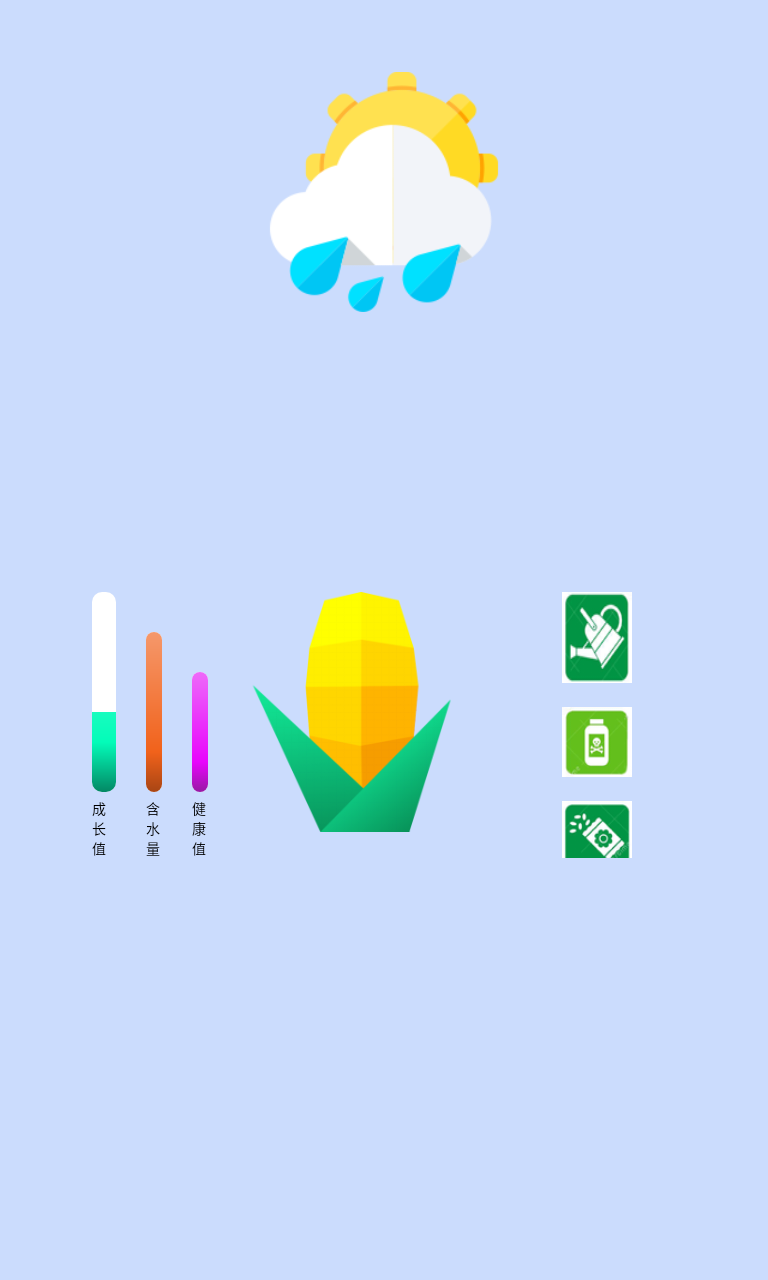
Repository: DraceWang/YumiTianqi
Layout: YumiTianqi/res/layout/fragment_main.xml
The author's editor kept a copy of each file at every save. The layout is drawn from the files as they stood at one save, then again after the next save.
It is drawn on a 768 x 1280 px phone screen (xhdpi) without system bars, with theme AppTheme; the app's code is not run. Lists and similar views that code fills are empty.

Above is the layout before, as saved 2015-05-21 03:18:35.

### YumiTianqi/res/layout/fragment_main.xml
<RelativeLayout xmlns:android="http://schemas.android.com/apk/res/android"
    xmlns:tools="http://schemas.android.com/tools"
    android:layout_width="match_parent"
    android:layout_height="match_parent"
    android:background="#cbdcfd"
    android:paddingBottom="@dimen/activity_vertical_margin"
    android:paddingLeft="@dimen/activity_horizontal_margin"
    android:paddingRight="@dimen/activity_horizontal_margin"
    android:paddingTop="@dimen/activity_vertical_margin"
    tools:context="com.boyumi.yumitianqi.MainActivity$PlaceholderFragment" >

    <TextView
        android:id="@+id/CityName"
        android:layout_width="wrap_content"
        android:layout_height="wrap_content"
        android:layout_marginLeft="20dp"
        android:layout_marginTop="20dp"
        android:textColor="#000"
        android:textSize="15sp" />

    <TextView
        android:id="@+id/currentTemperature"
        android:layout_width="wrap_content"
        android:layout_height="wrap_content"
        android:layout_alignParentRight="true"
        android:layout_alignTop="@+id/CityName"
        android:layout_marginRight="20dp"
        android:textColor="#000"
        android:textSize="15sp" />

    <ImageView
        android:id="@+id/WeatherIcon"
        android:layout_width="120dp"
        android:layout_height="120dp"
        android:layout_alignTop="@+id/CityName"
        android:layout_centerHorizontal="true"
        android:src="@drawable/sunnyrain" />

    <TextView
        android:id="@+id/WeatherCondition"
        android:layout_width="wrap_content"
        android:layout_height="wrap_content"
        android:layout_below="@+id/WeatherIcon"
        android:layout_centerHorizontal="true"
        android:layout_marginTop="5dp"
        android:textColor="#000"
        android:textSize="15sp" />

    <TextView
        android:id="@+id/date"
        android:layout_width="wrap_content"
        android:layout_height="wrap_content"
        android:layout_alignParentBottom="true"
        android:layout_alignParentRight="true"
        android:layout_marginBottom="2dp"
        android:layout_marginRight="5dp"
        android:textColor="#666"
        android:textSize="7sp" />

    <TableLayout
        android:id="@+id/btn_AQ"
        android:layout_width="60dp"
        android:layout_height="wrap_content"
        android:layout_above="@+id/body"
        android:layout_marginBottom="-100dp"
        android:layout_marginLeft="10dp" >

        <TableRow
            android:layout_width="wrap_content"
            android:layout_height="wrap_content" >

            <TextView
                android:id="@+id/AQ_title"
                android:layout_width="60dp"
                android:layout_height="20dp"
                android:layout_alignParentLeft="true"
                android:gravity="center"
                android:textSize="8sp" />
        </TableRow>

        <TableRow
            android:layout_width="wrap_content"
            android:layout_height="wrap_content" >

            <TextView
                android:id="@+id/AQ_content"
                android:layout_width="60dp"
                android:layout_height="20dp"
                android:layout_below="@+id/AQ_title"
                android:gravity="center" />
        </TableRow>
    </TableLayout>

    <HorizontalScrollView
        android:id="@+id/body"
        android:layout_width="wrap_content"
        android:layout_height="match_parent"
        android:layout_alignParentBottom="true"
        android:layout_below="@+id/WeatherIcon"
        android:layout_centerHorizontal="true"
        android:layout_marginTop="100dp"
        android:scrollbars="none" >

        <LinearLayout
            android:layout_width="wrap_content"
            android:layout_height="wrap_content"
            android:orientation="horizontal" >

            <RelativeLayout
                android:layout_width="320dp"
                android:layout_height="wrap_content"
                android:paddingLeft="15dp" >

                <ImageView
                    android:id="@+id/cron"
                    android:layout_width="120dp"
                    android:layout_height="120dp"
                    android:layout_centerHorizontal="true"
                    android:layout_marginTop="40dp"
                    android:src="@drawable/cron" />

                <ProgressBar
                    android:id="@+id/progressBar_gv"
                    style="?android:attr/progressBarStyleHorizontal"
                    android:layout_width="12dp"
                    android:layout_height="100dp"
                    android:layout_alignTop="@+id/cron"
                    android:layout_marginLeft="15dp"
                    android:max="200"
                    android:progress="80"
                    android:progressDrawable="@drawable/mybar_gv" />

                <ProgressBar
                    android:id="@+id/progressBar_wv"
                    style="?android:attr/progressBarStyleHorizontal"
                    android:layout_width="8dp"
                    android:layout_height="80dp"
                    android:layout_above="@+id/Date"
                    android:layout_alignBottom="@+id/progressBar_gv"
                    android:layout_marginLeft="15dp"
                    android:layout_toRightOf="@+id/progressBar_gv"
                    android:max="50"
                    android:progress="80"
                    android:progressDrawable="@drawable/mybar_wv" />

                <ProgressBar
                    android:id="@+id/progressBar_hv"
                    style="?android:attr/progressBarStyleHorizontal"
                    android:layout_width="8dp"
                    android:layout_height="60dp"
                    android:layout_above="@+id/Date"
                    android:layout_alignBottom="@+id/progressBar_gv"
                    android:layout_marginLeft="15dp"
                    android:layout_toRightOf="@+id/progressBar_wv"
                    android:max="10"
                    android:progress="80"
                    android:progressDrawable="@drawable/mybar_hv" />

                <ImageButton
                    android:id="@+id/imageButton_water"
                    android:layout_width="35dp"
                    android:layout_height="35dp"
                    android:layout_above="@+id/imageButton_bug"
                    android:layout_alignParentRight="true"
                    android:layout_alignTop="@+id/cron"
                    android:layout_marginBottom="12dp"
                    android:layout_marginRight="20dp"
                    android:background="@drawable/water"
                    android:onClick="water"
                    android:scaleType="fitCenter" />

                <ImageButton
                    android:id="@+id/imageButton_bug"
                    android:layout_width="35dp"
                    android:layout_height="35dp"
                    android:layout_above="@+id/imageButton_feiliao"
                    android:layout_alignLeft="@+id/imageButton_water"
                    android:layout_alignParentRight="true"
                    android:layout_marginBottom="12dp"
                    android:layout_marginRight="20dp"
                    android:background="@drawable/bug"
                    android:scaleType="fitCenter" />

                <ImageButton
                    android:id="@+id/imageButton_feiliao"
                    android:layout_width="35dp"
                    android:layout_height="35dp"
                    android:layout_alignBottom="@+id/cron"
                    android:layout_alignLeft="@+id/imageButton_water"
                    android:layout_alignParentRight="true"
                    android:layout_marginBottom="-20dp"
                    android:layout_marginRight="20dp"
                    android:background="@drawable/feiliao"
                    android:scaleType="fitCenter" />

                <TextView
                    android:id="@+id/grown"
                    android:layout_width="12dp"
                    android:layout_height="wrap_content"
                    android:layout_alignLeft="@+id/progressBar_gv"
                    android:layout_below="@+id/progressBar_gv"
                    android:layout_marginTop="3dp"
                    android:text="成长值"
                    android:textColor="#000"
                    android:textSize="7sp" />

                <TextView
                    android:id="@+id/water"
                    android:layout_width="8dp"
                    android:layout_height="wrap_content"
                    android:layout_alignLeft="@+id/progressBar_wv"
                    android:layout_below="@+id/progressBar_wv"
                    android:layout_marginTop="3dp"
                    android:text="含水量"
                    android:textColor="#000"
                    android:textSize="7sp" />

                <TextView
                    android:id="@+id/healthy"
                    android:layout_width="8dp"
                    android:layout_height="wrap_content"
                    android:layout_alignLeft="@+id/progressBar_hv"
                    android:layout_below="@+id/progressBar_hv"
                    android:layout_marginTop="3dp"
                    android:text="健康值"
                    android:textColor="#000"
                    android:textSize="7sp" />
            </RelativeLayout>

            <ListView
                android:id="@+id/forecast"
                android:layout_width="320dp"
                android:layout_height="wrap_content"
                android:layout_marginLeft="30dp"
                android:layout_marginTop="40dp"
                android:paddingRight="15dp" >
            </ListView>
        </LinearLayout>
    </HorizontalScrollView>

</RelativeLayout>

### YumiTianqi/res/drawable-mdpi/mybar_gv.xml
<?xml version="1.0" encoding="utf-8"?>
<layer-list xmlns:android="http://schemas.android.com/apk/res/android" >
    <item android:id="@android:id/background" >
        <shape>
            <corners android:radius="5dip" />
            <gradient
                	android:startColor="#ffffff"
                    android:centerColor="#ffffff"
                    android:endColor="#ffffff"
                    android:angle="270"
            />
        </shape>
    </item>

     <item android:id="@android:id/progress">
        <clip android:clipOrientation="vertical"
            android:gravity="bottom">
            <shape>
                <corners android:radius="5dip" />
                <gradient
                        android:startColor="#6cfcd5"
                        android:centerColor="#03fcb9"
                        android:centerX="0.75"
                        android:endColor="#038864"
                        android:angle="270"
                />
            </shape>
        </clip>
    </item>


</layer-list>

### YumiTianqi/res/drawable-mdpi/mybar_wv.xml
<?xml version="1.0" encoding="utf-8"?>
<layer-list xmlns:android="http://schemas.android.com/apk/res/android" >
    <item android:id="@android:id/background" >
        <shape>
            <corners android:radius="5dip" />
            <gradient
                	android:startColor="#ffffff"
                    android:centerColor="#ffffff"
                    android:endColor="#ffffff"
                    android:angle="270"
            />
        </shape>
    </item>

     <item android:id="@android:id/progress">
        <clip android:clipOrientation="vertical"
            android:gravity="bottom">
            <shape>
                <corners android:radius="5dip" />
                <gradient
                        android:startColor="#f5986b"
                        android:centerColor="#f1621b"
                        android:centerX="0.75"
                        android:endColor="#a84514"
                        android:angle="270"
                />
            </shape>
        </clip>
    </item>


</layer-list>

### YumiTianqi/res/drawable-mdpi/mybar_hv.xml
<?xml version="1.0" encoding="utf-8"?>
<layer-list xmlns:android="http://schemas.android.com/apk/res/android" >
    <item android:id="@android:id/background" >
        <shape>
            <corners android:radius="5dip" />
            <gradient
                	android:startColor="#ffffff"
                    android:centerColor="#ffffff"
                    android:endColor="#ffffff"
                    android:angle="270"
            />
        </shape>
    </item>

     <item android:id="@android:id/progress">
        <clip android:clipOrientation="vertical"
            android:gravity="bottom">
            <shape>
                <corners android:radius="5dip" />
                <gradient
                        android:startColor="#ed6af9"
                        android:centerColor="#e805fc"
                        android:centerX="0.75"
                        android:endColor="#9818a4"
                        android:angle="270"
                />
            </shape>
        </clip>
    </item>


</layer-list>

Loaded but not shown: YumiTianqi/res/values/styles.xml (common file); YumiTianqi/res/values-v11/styles.xml (common file); YumiTianqi/res/values-v14/styles.xml (common file); YumiTianqi/res/values/dimens.xml (common file); YumiTianqi/res/values-w820dp/dimens.xml (common file)

After the next save:
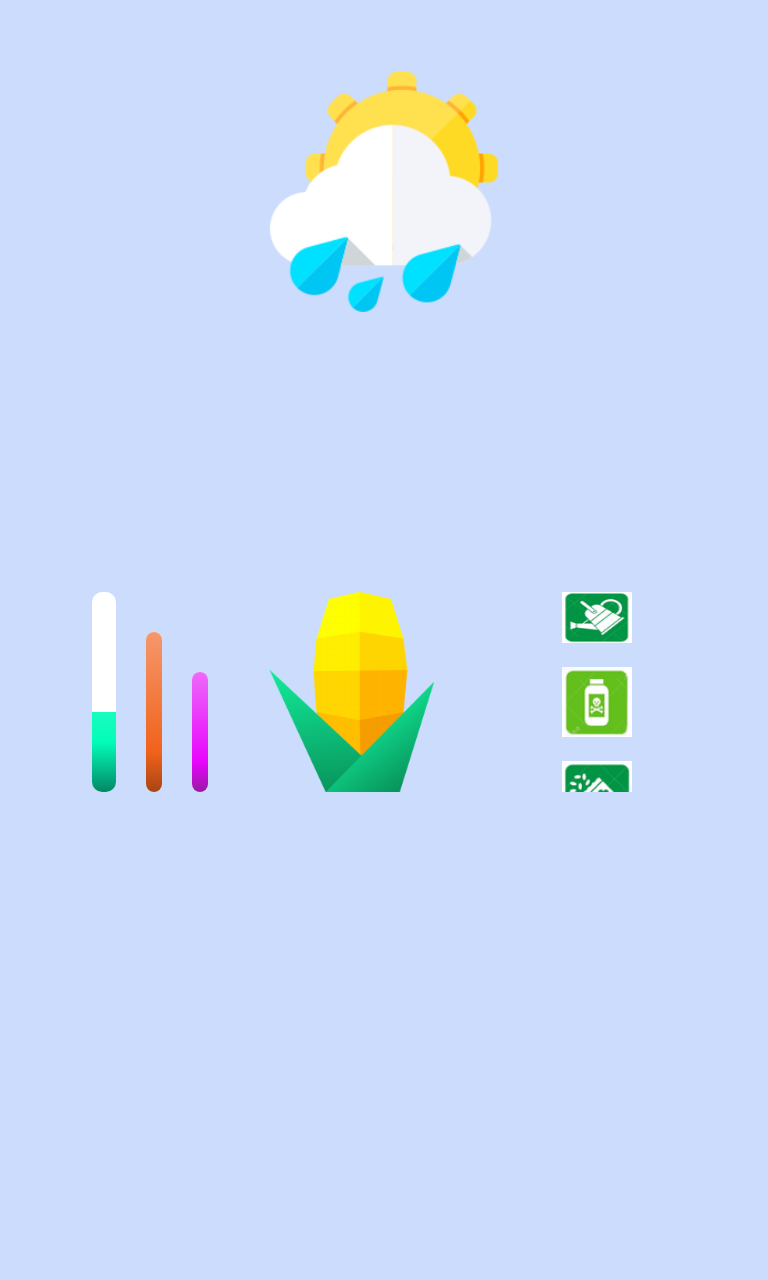
Saved 103 s later.
--- a/YumiTianqi/res/layout/fragment_main.xml
+++ b/YumiTianqi/res/layout/fragment_main.xml
@@ -108,7 +108,7 @@
 
             <RelativeLayout
                 android:layout_width="320dp"
-                android:layout_height="wrap_content"
+                android:layout_height="140dp"
                 android:paddingLeft="15dp" >
 
                 <ImageView

After the save that followed:
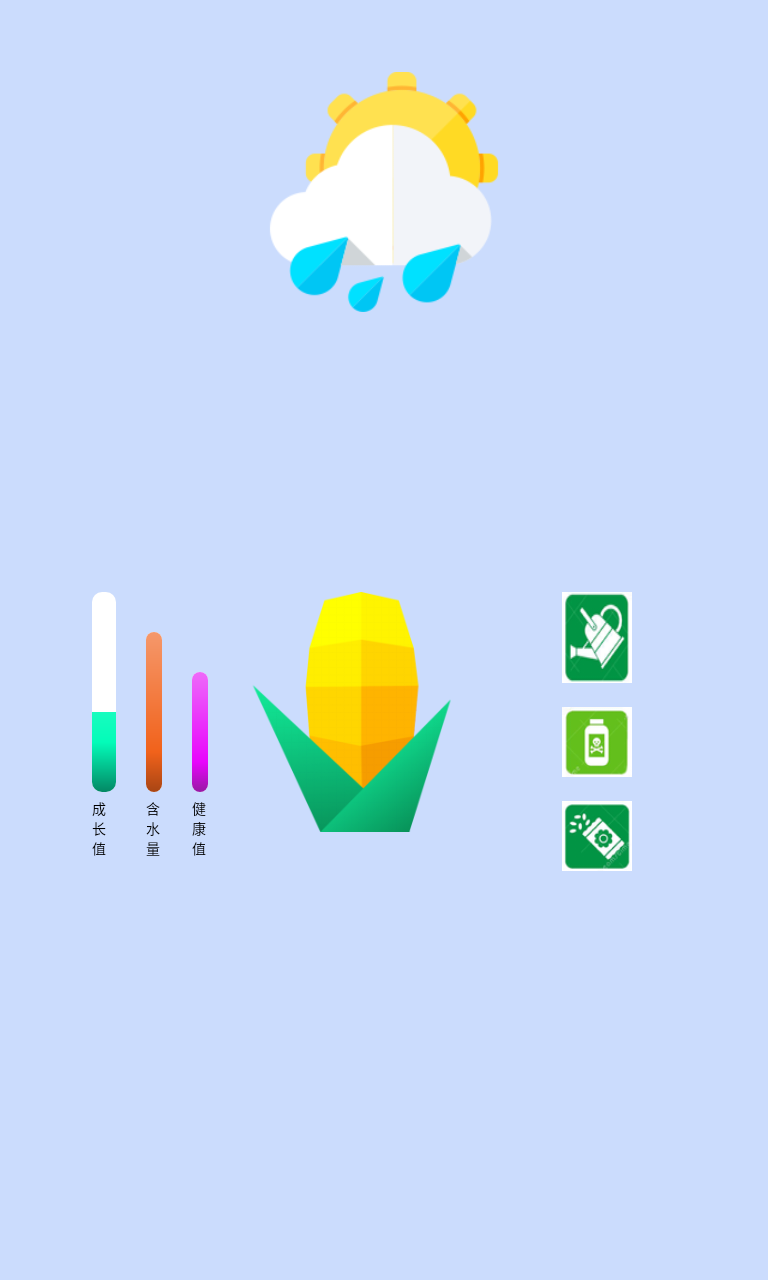
Saved 15 s later.
--- a/YumiTianqi/res/layout/fragment_main.xml
+++ b/YumiTianqi/res/layout/fragment_main.xml
@@ -108,7 +108,7 @@
 
             <RelativeLayout
                 android:layout_width="320dp"
-                android:layout_height="140dp"
+                android:layout_height="220dp"
                 android:paddingLeft="15dp" >
 
                 <ImageView
